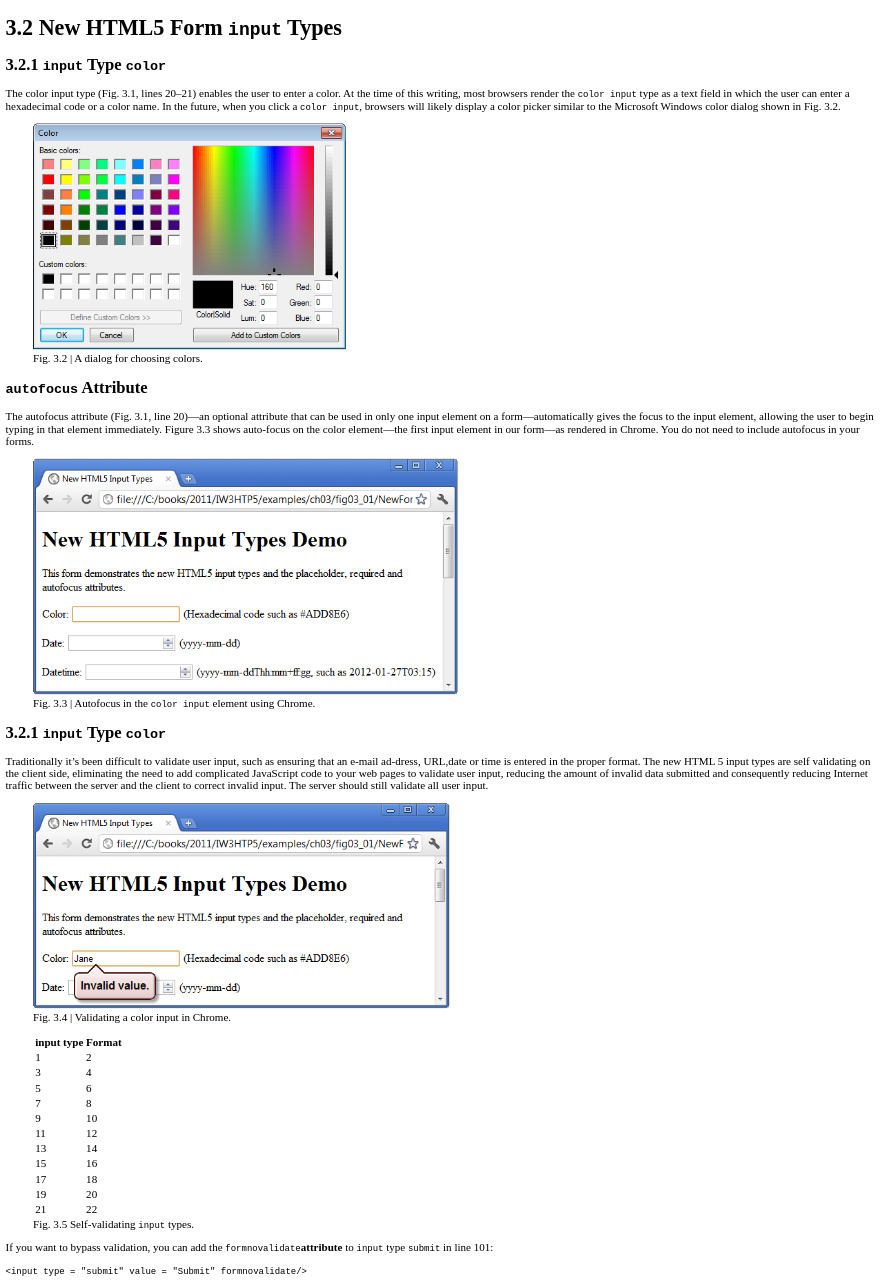
Repository: mlmEFSC21/P4-Textbook-Copy
Page: index.html
An editor plug-in stored every save of this project. The page is shown before and after the next save, followed by the edit.
The browser window is 1280 px wide. The pictures show the whole page, at 69% of full size.

Above is the page before, as saved 2022-02-03 12:59:39.

### index.html
<!DOCTYPE html>
<html lang="en">
    <head>
        <meta charset="UTF-8" />
        <meta http-equiv="X-UA-Compatible" content="IE=edge" />
        <meta name="viewport" content="width=device-width, initial-scale=1.0" />
        <title>Laying Out Book Pages</title>
    </head>
    <header>
        <h1>3.2 New HTML5 Form <code>input</code> Types</h1>
    </header>
    <body>
        <section class="color-input-type">
            <header>
                <h2>3.2.1 <code>input</code> Type <code>color</code></h2>
            </header>
            <p>
                The color input type (Fig. 3.1, lines 20–21) enables the user to enter a color. At
                the time of this writing, most browsers render the <code>color input</code> type as
                a text field in which the user can enter a hexadecimal code or a color name. In the
                future, when you click a <code>color input</code>, browsers will likely display a
                <emp>color picker</emp> similar to the Microsoft Windows color dialog shown in Fig.
                3.2.
            </p>
            <figure>
                <img src="images\OperaColorInput.png" alt="Microsoft Windows color dialog" />
                <figcaption>Fig. 3.2 | A dialog for choosing colors.</figcaption>
            </figure>
        </section>
        <section class="autofocus-attribute">
            <header>
                <h2><code>autofocus</code> Attribute</h2>
            </header>
            <p>
                The autofocus attribute (Fig. 3.1, line 20)—an optional attribute that can be used
                in only one input element on a form—automatically gives the focus to the input
                element, allowing the user to begin typing in that element immediately. Figure 3.3
                shows auto-focus on the color element—the first input element in our form—as
                rendered in Chrome. You do not need to include autofocus in your forms.
            </p>
            <figure>
                <img
                    src="images\Autofocus.png"
                    alt="web page demo of autofocus on a color input field"
                />
                <figcaption>
                    Fig. 3.3 | Autofocus in the <code>color input</code> element using Chrome.
                </figcaption>
            </figure>
        </section>
        <section class="input-validation">
            <header>
                <h2>3.2.1 <code>input</code> Type <code>color</code></h2>
            </header>
            <p>
                Traditionally it’s been difficult to validate user input, such as ensuring that an
                e-mail ad-dress, URL,date or time is entered in the proper format. The new HTML 5
                input types are self validating on the client side, eliminating the need to add
                complicated JavaScript code to your web pages to validate user input, reducing the
                amount of invalid data submitted and consequently reducing Internet traffic between
                the server and the client to correct invalid input. The server should still validate
                all user input.
            </p>
            <figure>
                <img
                    src="images\SelfValidationChrome.png"
                    alt="web page demo of validation preventing a non color input into a color input field"
                />
                <figcaption>Fig. 3.4 | Validating a color input in Chrome.</figcaption>
            </figure>
        </section>
        <section class="self-validating-types">
            <figure>
                <table>
                    <thead>
                        <th>input type</th>
                        <th>Format</th>
                    </thead>
                    <tr>
                        <td>1</td>
                        <td>2</td>
                    </tr>
                    <tr>
                        <td>3</td>
                        <td>4</td>
                    </tr>
                    <tr>
                        <td>5</td>
                        <td>6</td>
                    </tr>
                    <tr>
                        <td>7</td>
                        <td>8</td>
                    </tr>
                    <tr>
                        <td>9</td>
                        <td>10</td>
                    </tr>
                    <tr>
                        <td>11</td>
                        <td>12</td>
                    </tr>
                    <tr>
                        <td>13</td>
                        <td>14</td>
                    </tr>
                    <tr>
                        <td>15</td>
                        <td>16</td>
                    </tr>
                    <tr>
                        <td>17</td>
                        <td>18</td>
                    </tr>
                    <tr>
                        <td>19</td>
                        <td>20</td>
                    </tr>
                    <tr>
                        <td>21</td>
                        <td>22</td>
                    </tr>
                </table>
                <figcaption>Fig. 3.5 Self-validating <code>input</code> types.</figcaption>
            </figure>
            <aside>
                <p>
                    If you want to bypass validation, you can add the <code>formnovalidate</code
                    ><strong>attribute</strong> to <code>input</code> type <code>submit</code> in
                    line 101:
                </p>
                <div>
                    <code>&lt;input type = "submit" value = "Submit" formnovalidate/&gt;</code>
                </div>
            </aside>
        </section>
    </body>
</html>

After the next save:
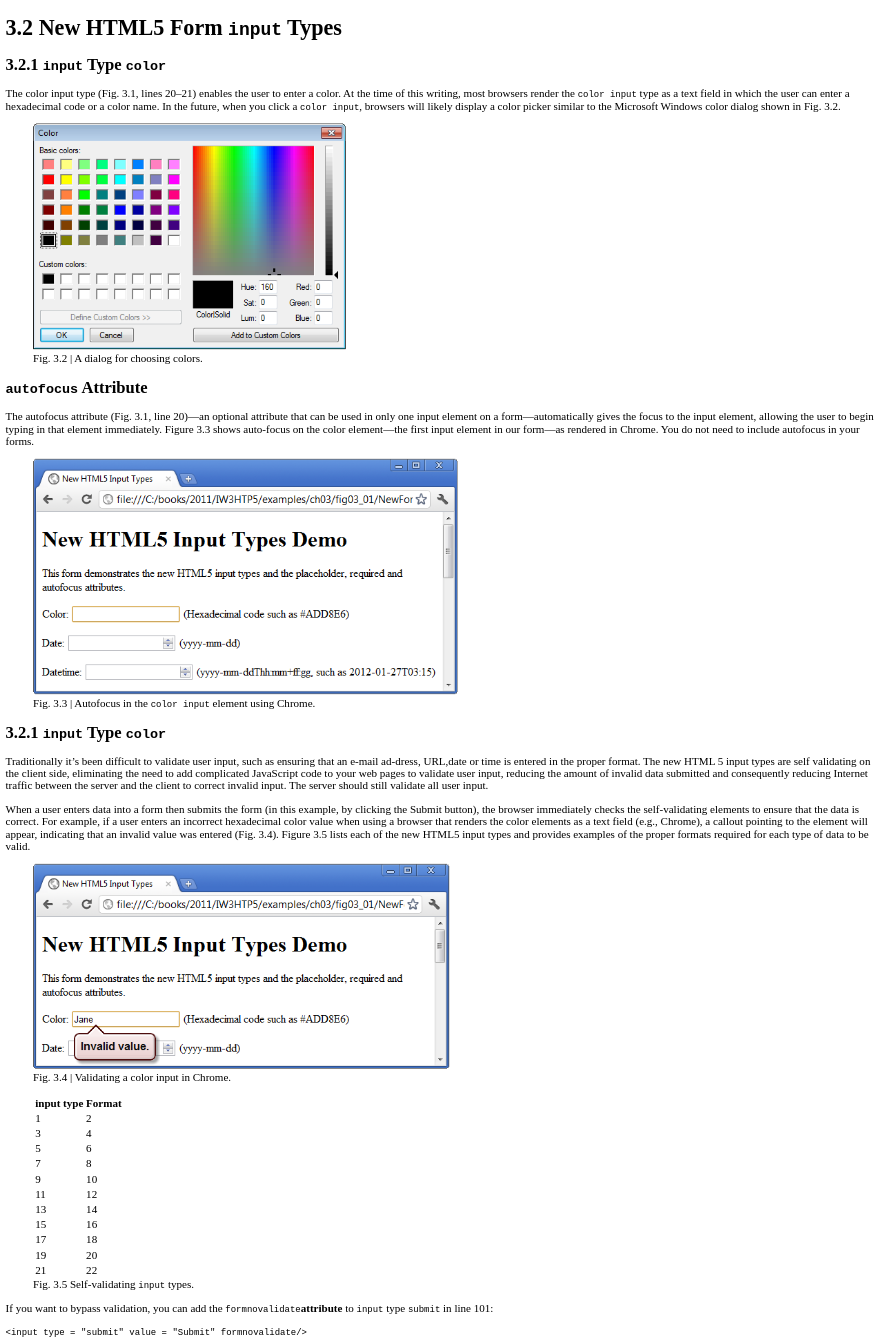
Saved 19 s later.
--- a/index.html
+++ b/index.html
@@ -60,6 +60,16 @@
                 amount of invalid data submitted and consequently reducing Internet traffic between
                 the server and the client to correct invalid input. The server should still validate
                 all user input.
+            </p>
+            <p>
+                When a user enters data into a form then submits the form (in this example, by
+                clicking the Submit button), the browser immediately checks the self-validating
+                elements to ensure that the data is correct. For example, if a user enters an
+                incorrect hexadecimal color value when using a browser that renders the color
+                elements as a text field (e.g., Chrome), a callout pointing to the element will
+                appear, indicating that an invalid value was entered (Fig. 3.4). Figure 3.5 lists
+                each of the new HTML5 input types and provides examples of the proper formats
+                required for each type of data to be valid.
             </p>
             <figure>
                 <img
